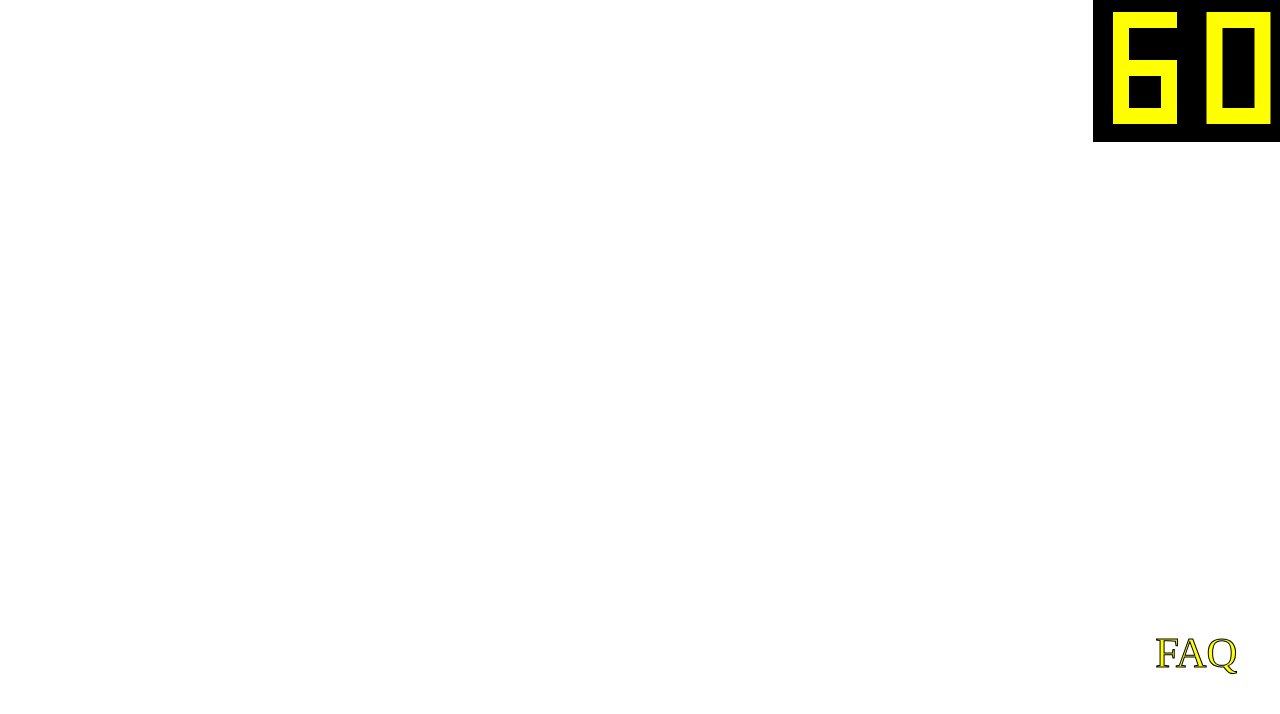
Repository: aliendetonator/fake-fraps-counter
Page: index.html
These files come from the project's save history. The page is drawn as it stood at one moment and after the next save; the edit follows.
The browser window is 1280 px wide. The pictures show the whole page.

Above is the page before, as saved 2023-08-31 04:24:07.

After the next save:
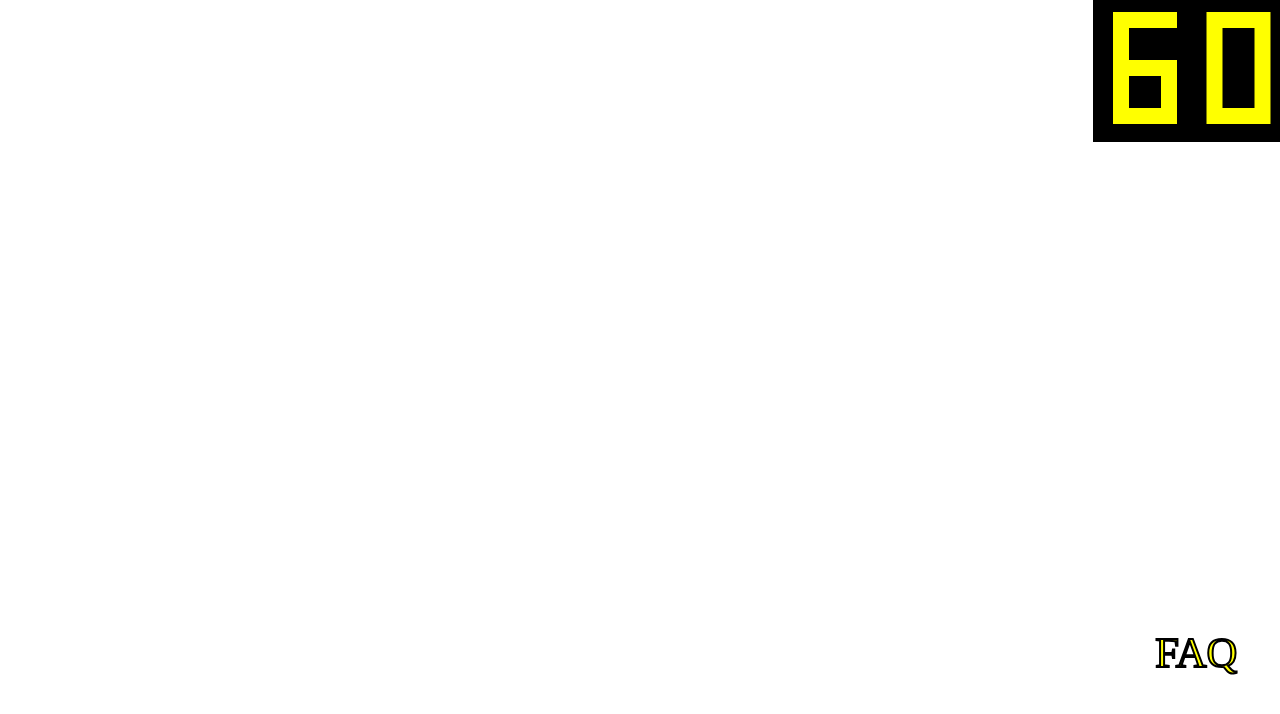
Saved 10 s later.
--- a/src/css/index.css
+++ b/src/css/index.css
@@ -42,5 +42,5 @@ footer a:hover{
 }
 
 footer a{
-    -webkit-text-stroke: 1px #000;
+    -webkit-text-stroke: 2px #000;
 }
